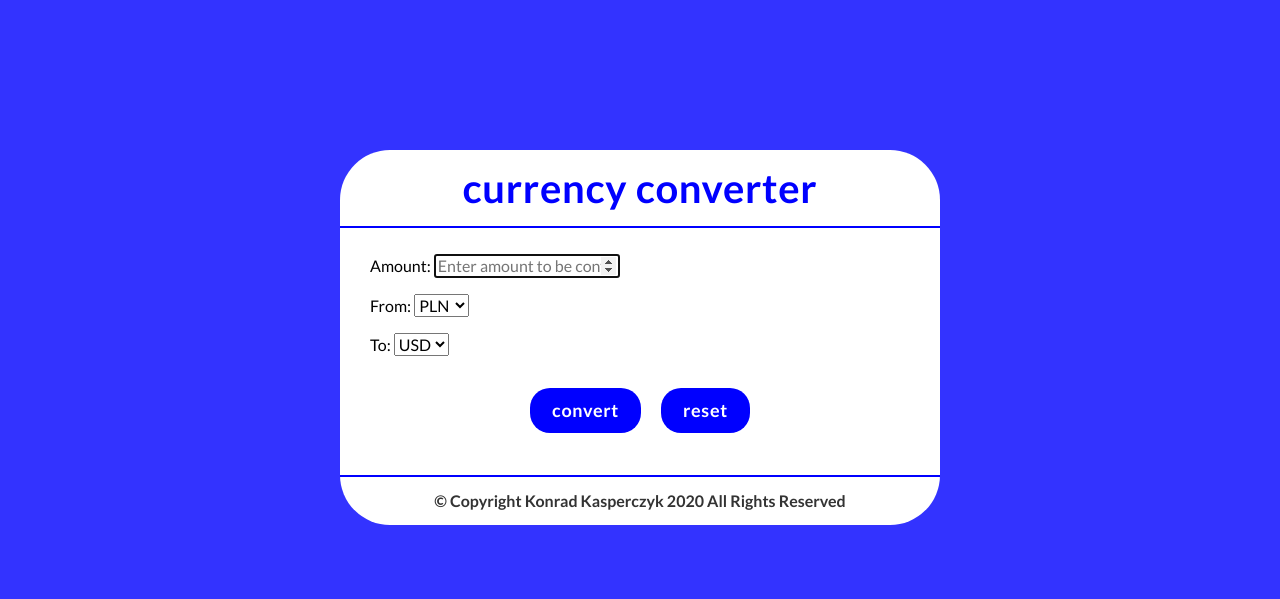
Repository: kkasperczyk/currency-converter
Page: index.html
An editor plug-in stored every save of this project. The page is shown before and after the next save, followed by the edit.
The browser window is 1280 px wide. The pictures show the whole page.

Above is the page before, as saved 2020-06-16 12:58:49.

### index.html
<!DOCTYPE html>
<html lang="en">

<head>
    <meta charset="UTF-8">
    <meta name="viewport" content="width=device-width, initial-scale=1.0">
    <link rel="stylesheet" href="https://cdnjs.cloudflare.com/ajax/libs/normalize/8.0.1/normalize.min.css"
        integrity="sha256-l85OmPOjvil/SOvVt3HnSSjzF1TUMyT9eV0c2BzEGzU=" crossorigin="anonymous" />
    <link rel="stylesheet" href="css/global.css">
    <link rel="stylesheet" href="css/container.css">
    <link rel="stylesheet" href="css/header.css">
    <link rel="stylesheet" href="css/main.css">
    <link rel="stylesheet" href="css/form.css">
    <link rel="stylesheet" href="css/footer.css">
    <script defer src="js/script.js"></script>
    <link href="https://fonts.googleapis.com/css2?family=Lato:ital,wght@0,400;0,700;1,400&display=swap"
        rel="stylesheet">
    <title>Currency Converter</title>
</head>

<body>
    <div class="container">
        <header class="header">
            <h1 class="header__title">Currency Converter
        </header>
        <main class="main">
            <form class="form js-form">
                <p>
                    <label>
                        Amount:
                        <input class="form__amount js-form__amount" type="number" name="amount" min="1" step="any"
                            required placeholder="Enter amount to be converted">
                    </label>
                </p>
                <p>
                    <label>
                        From:
                        <select class="js-convertFrom" required>
                            <option value="pln">PLN</option>
                            <option value="usd">USD</option>
                            <option value="gbp">GBP</option>
                            <option value="eur">EUR</option>
                            <option value="chf">CHF</option>
                        </select>
                    </label>
                </p>
                <p>
                    <label>
                        To:
                        <select class="js-convertTo" required>
                            <option value="pln">PLN</option>
                            <option value="usd" selected>USD</option>
                            <option value="gbp">GBP</option>
                            <option value="eur">EUR</option>
                            <option value="chf">CHF</option>
                        </select>
                    </label>
                </p>
                <div class="form__buttons">
                    <p>
                        <button class="form__button js-form__button">Convert</button>
                    </p>
                    <p>
                        <button class="form__button" type="reset">Reset</button>
                    </p>
                </div>
            </form>
            <p class="js-convertedValue"></p>
        </main>
        <footer class="footer">
            <span>&copy Copyright Konrad Kasperczyk 2020 All Rights Reserved</span>
        </footer>
    </div>
</body>

</html>

### css/global.css
html {
  box-sizing: border-box;
}

*,
::after,
::before {
  box-sizing: inherit;
}

body {
  font-family: "Lato", sans-serif;
  background-color: hsl(240, 100%, 60%);
}

### css/container.css
.container {
    max-width: 600px;
    margin: 0 auto;
    background-color: white;
    border-radius: 50px;
    margin-top: 150px;
}

### css/header.css
.header {
    text-align: center;
    border-bottom: 2px solid hsl(240, 100%, 50%);
}

.header__title {
    color: hsl(240, 100%, 50%);
    padding: 15px;
    font-size: 40px;
    letter-spacing: 0.7px;
    margin: 0;
    text-transform: lowercase;
}

### css/main.css
.main {
    background-color: white;
    padding: 10px 30px;
}

### css/form.css
.form__buttons {
    display: flex;
    justify-content: center;
}

.form__button {
    margin: 0 10px;
    background-color: hsl(240, 100%, 50%);
    color: white;
    padding: 10px 20px;
    text-transform: lowercase;
    font-size: 18px;
    font-weight: bold;
    letter-spacing: 0.7px;
    border: 2px solid transparent;
    border-radius: 20px;
}

.form__button:hover {
    background-color: white;
    color: hsl(240, 100%, 50%);
    border: 2px solid hsl(240, 100%, 50%);
    cursor: pointer;
}

### css/footer.css
.footer {
    text-align: center;
    border-top: 2px solid hsl(240, 100%, 50%);
    color: #333;
    font-weight: bold;
    padding: 15px;
}

### js/script.js
console.log("Hi all developers! Nice to see you here.");

let amountField = document.querySelector(".js-form__amount");
let convertFromField = document.querySelector(".js-convertFrom");
let convertToField = document.querySelector(".js-convertTo");
let convertedValueField = document.querySelector(".js-convertedValue");
let submitButton = document.querySelector(".js-form__button");
let form = document.querySelector(".js-form");

amountField.focus();

form.addEventListener("submit", (event) => {
  event.preventDefault();

  let amount = amountField.value;
  let convertFrom = convertFromField.value;
  let convertTo = convertToField.value;
  let result;

  console.log(amount, convertFrom, convertTo);

  switch (convertFrom) {
    case "pln":
      switch (convertTo) {
        case "pln":
          result = amount * 1;
          convertedValueField.value = result.toFixed(2);
          break;
        case "eur":
          result = amount / 4.4278;
          convertedValueField.value = result.toFixed(2);
          break;
        case "usd":
          result = amount / 3.9058;
          convertedValueField.value = result.toFixed(2);
          break;
        case "gbp":
          result = amount / 4.9384;
          convertedValueField.value = result.toFixed(2);
          break;
        case "chf":
          result = amount / 4.1187;
          convertedValueField.value = result.toFixed(2);
          break;
      }
      break;
    case "eur":
      switch (convertTo) {
        case "pln":
          result = amount * 4.4278;
          convertedValueField.value = result.toFixed(2);
          break;
        case "eur":
          result = amount * 1;
          convertedValueField.value = result.toFixed(2);
          break;
        case "usd":
          result = amount * 1.1336;
          convertedValueField.value = result.toFixed(2);
          break;
        case "gbp":
          result = amount * 0.8966;
          convertedValueField.value = result.toFixed(2);
          break;
        case "chf":
          result = amount * 1.075;
          convertedValueField.value = result.toFixed(2);
          break;
      }
      break;
    case "usd":
      switch (convertTo) {
        case "pln":
          result = amount * 3.9058;
          convertedValueField.value = result.toFixed(2);
          break;
        case "eur":
          result = amount * 0.8821;
          convertedValueField.value = result.toFixed(2);
          break;
        case "usd":
          result = amount * 1;
          convertedValueField.value = result.toFixed(2);
          break;
        case "gbp":
          result = amount * 0.7909;
          convertedValueField.value = result.toFixed(2);
          break;
        case "chf":
          result = amount * 0.9483;
          convertedValueField.value = result.toFixed(2);
          break;
      }
      break;
    case "gbp":
      switch (convertTo) {
        case "pln":
          result = amount * 4.9384;
          convertedValueField.value = result.toFixed(2);
          break;
        case "eur":
          result = amount * 1.1153;
          convertedValueField.value = result.toFixed(2);
          break;
        case "usd":
          result = amount * 1.2644;
          convertedValueField.value = result.toFixed(2);
          break;
        case "gbp":
          result = amount * 1;
          convertedValueField.value = result.toFixed(2);
          break;
        case "chf":
          result = amount * 1.199;
          convertedValueField.value = result.toFixed(2);
          break;
      }
      break;
    case "chf":
      switch (convertTo) {
        case "pln":
          result = amount * 4.1187;
          convertedValueField.value = result.toFixed(2);
          break;
        case "eur":
          result = amount * 0.9302;
          convertedValueField.value = result.toFixed(2);
          break;
        case "usd":
          result = amount * 1.0545;
          convertedValueField.value = result.toFixed(2);
          break;
        case "gbp":
          result = amount * 0.834;
          convertedValueField.value = result.toFixed(2);
          break;
        case "chf":
          result = amount * 1;
          convertedValueField.value = result.toFixed(2);
          break;
      }
      break;
  }
});

After the next save:
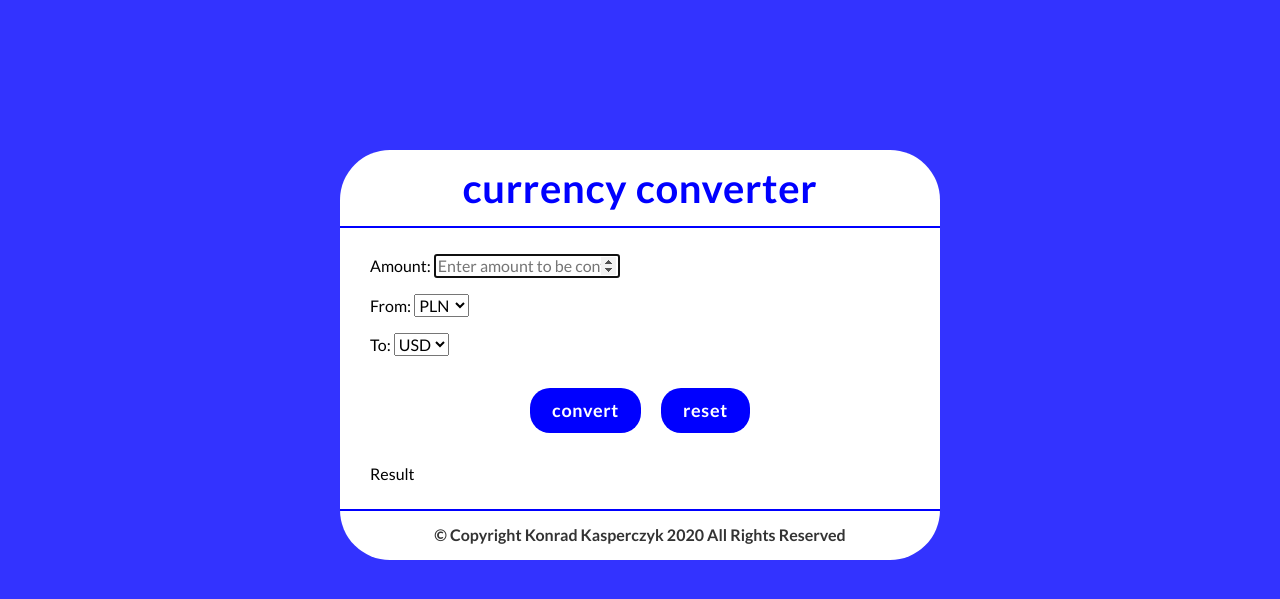
Saved 103 s later.
--- a/index.html
+++ b/index.html
@@ -65,7 +65,9 @@
                     </p>
                 </div>
             </form>
-            <p class="js-convertedValue"></p>
+            <p class="js-convertedValue">
+                Result
+            </p>
         </main>
         <footer class="footer">
             <span>&copy Copyright Konrad Kasperczyk 2020 All Rights Reserved</span>
